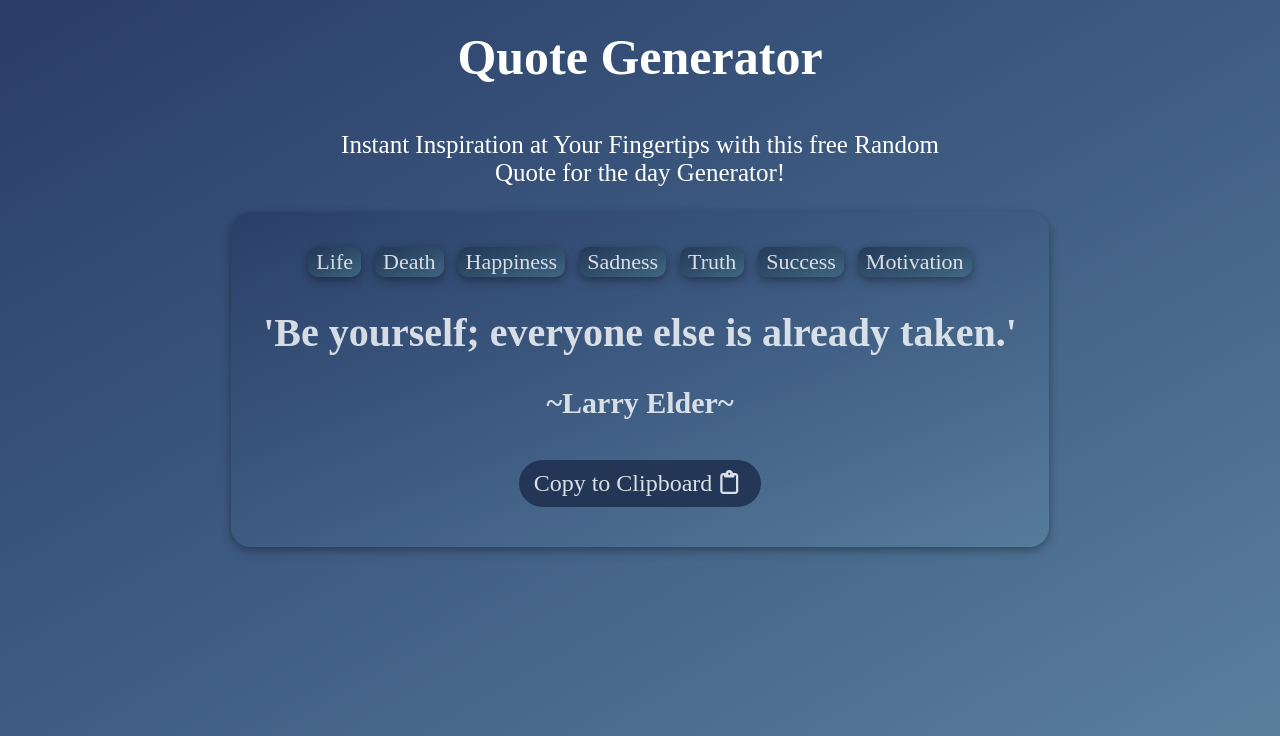
Repository: moehaymanmyint/Random-Quote-Generator
Page: index.html
These files come from the project's save history. The page is drawn as it stood at one moment and after the next save; the edit follows.
The browser window is 1280 px wide. The pictures show the whole page.
Some web fonts or font styles are not loaded; a fallback is used. Some web libraries are served in a nearby version.

Above is the page before, as saved 2024-11-07 23:26:46.

After the next save:
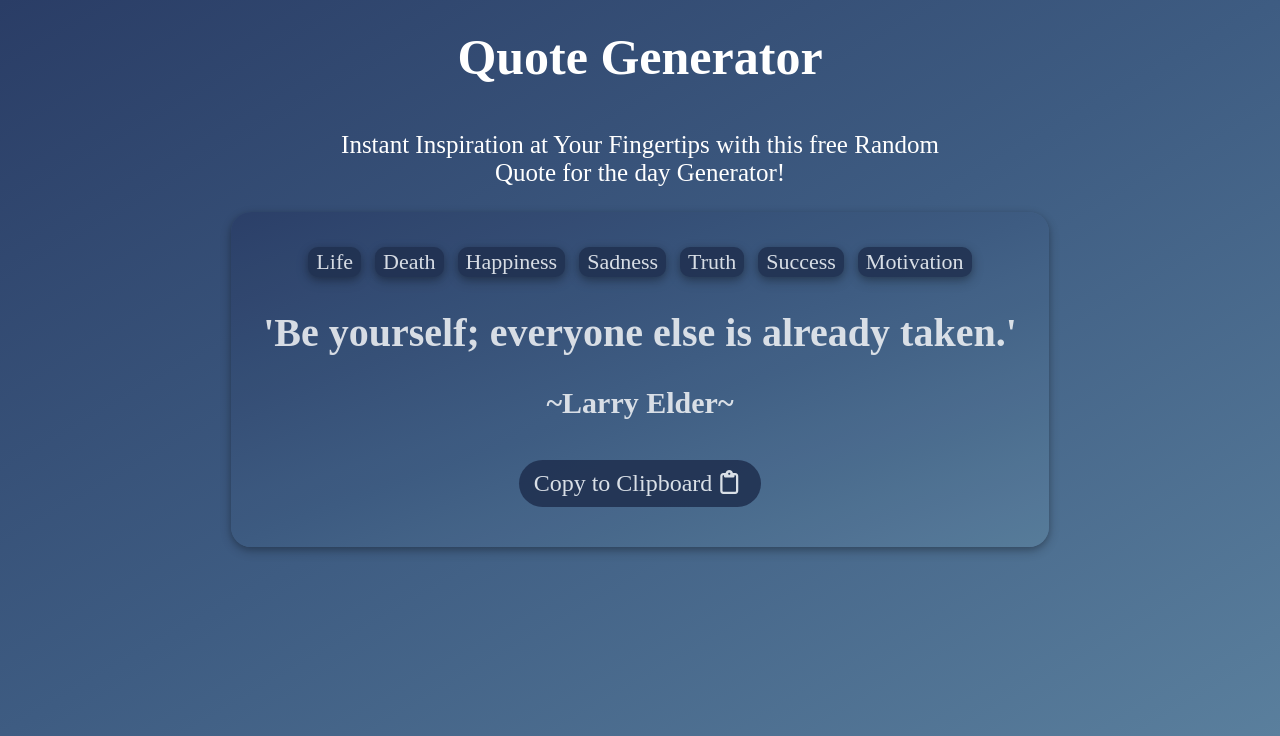
Saved 22 s later.
--- a/style.css
+++ b/style.css
@@ -66,7 +66,7 @@ i{
 }
 
 input{
-    background: linear-gradient(to bottom right, #1f3350, #2e4b65, #3f6b87);
+    background-color: #1d2c4b;
     box-shadow: 0 4px 12px rgba(0, 0, 0, 0.3), 0 2px 6px rgba(0, 0, 0, 0.2);
     color: white;
     border: none;
